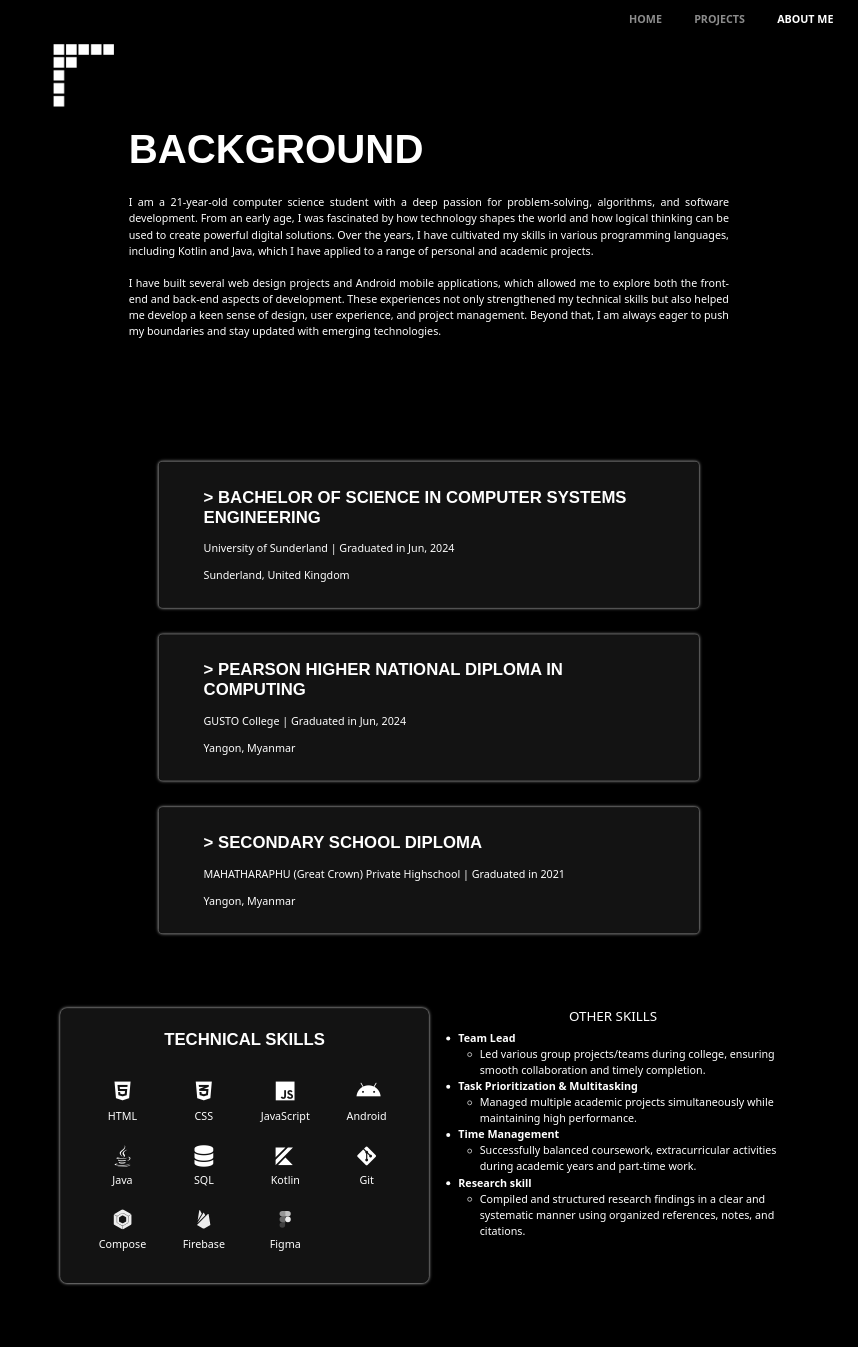
Repository: pyaestk/Portfolio-template
Page: aboutme.html
An editor plug-in stored every save of this project. The page is shown before and after the next save, followed by the edit.
The browser window is 1280 px wide. The pictures show the whole page, at 67% of full size.
Some web fonts or font styles are not loaded; a fallback is used. Some web libraries are served in a nearby version.

Above is the page before, as saved 2025-05-24 13:21:39.
Console error: TypeError: Cannot read properties of null (reading 'addEventListener')

After the next save:
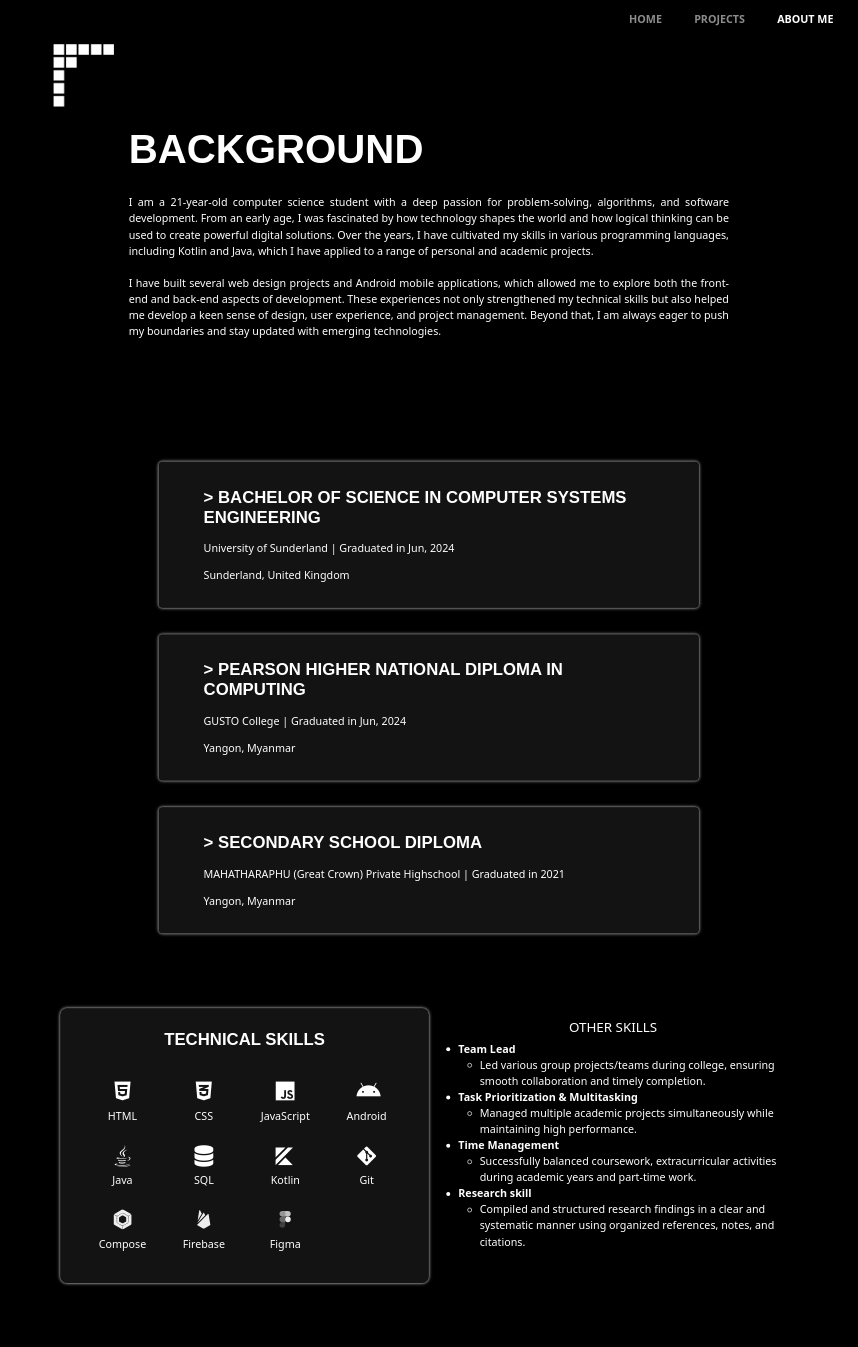
Saved 7 s later.
--- a/aboutme.html
+++ b/aboutme.html
@@ -177,7 +177,7 @@
       </div>
 
       <div class="col-12 col-md-6 mb-5">
-          <h5 class="text-center">OTHER SKILLS</h5>
+          <h5 class="mt-3 text-center">OTHER SKILLS</h5>
           <ul>
             <li><strong>Team Lead</strong>
               <ul>
